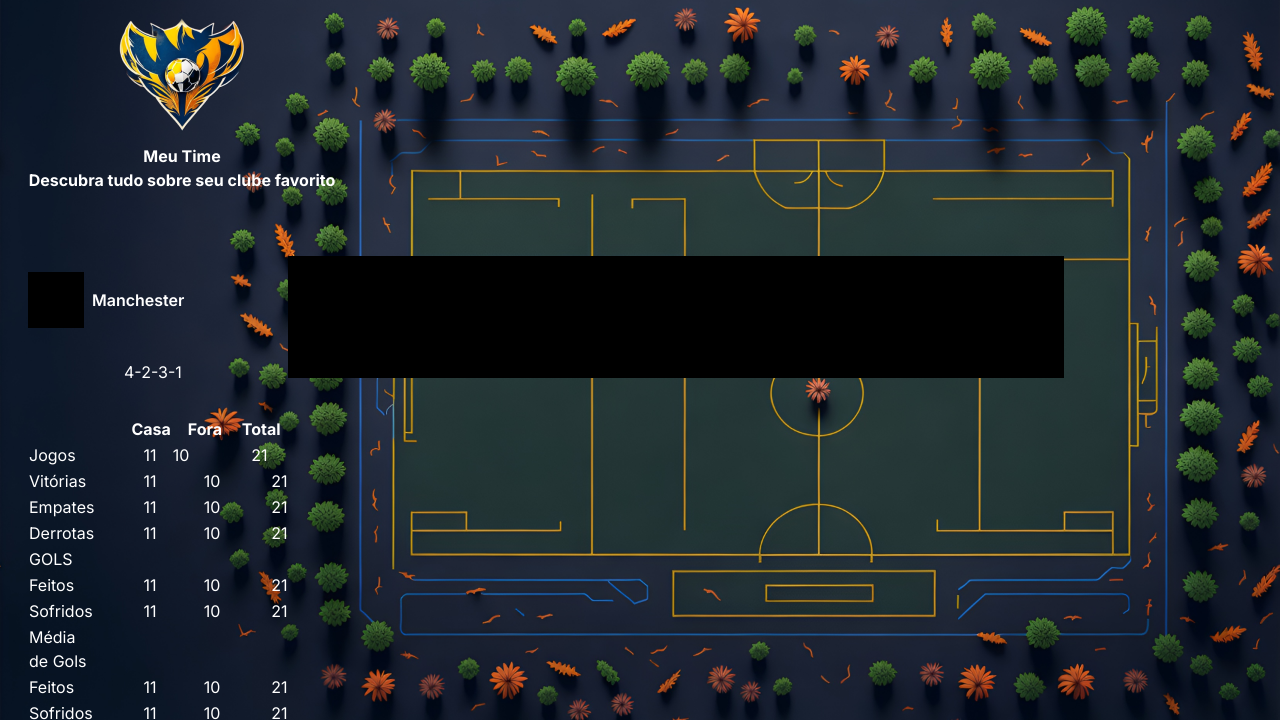
Repository: LuizAGDomingues/MeuTimeApp
Page: /statistics
These files come from the project's save history. The page is drawn as it stood at one moment and after the next save; the edit follows.
The browser window is 1280 px wide. The pictures show the whole page.
The project was rebuilt for these pictures with package versions that can differ from the ones it lists, and the page was loaded fresh each time. The framework's server and built-in components were replaced by stand-ins that run in the browser. Also part of the build but not shown: next.config.js.

Above is the page before, as saved 2023-05-26 14:21:07.

After the next save:
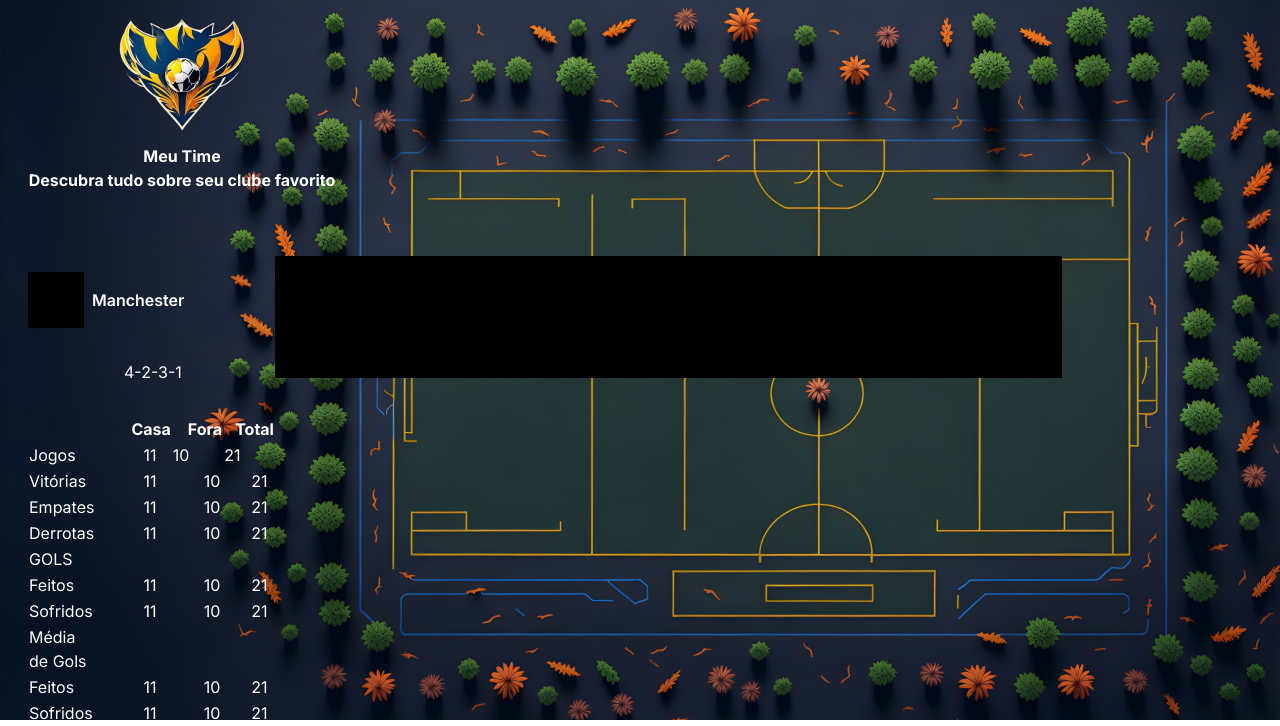
Saved 9 s later.
--- a/src/app/statistics/page.tsx
+++ b/src/app/statistics/page.tsx
@@ -74,25 +74,25 @@ function page() {
                 <td>Jogos</td>
                 <td className="pl-12">11</td>
                 <td className="pl8">10</td>
-                <td className="pl-7">21</td>
+                <td className="pl7">21</td>
               </tr>
               <tr>
                 <td>Vitórias</td>
                 <td className="pl-12">11</td>
                 <td className="pl-8">10</td>
-                <td className="pl-12">21</td>
+                <td className="pl-7">21</td>
               </tr>
               <tr>
                 <td>Empates</td>
                 <td className="pl-12">11</td>
                 <td className="pl-8">10</td>
-                <td className="pl-12">21</td>
+                <td className="pl-7">21</td>
               </tr>
               <tr>
                 <td>Derrotas</td>
                 <td className="pl-12">11</td>
                 <td className="pl-8">10</td>
-                <td className="pl-12">21</td>
+                <td className="pl-7">21</td>
               </tr>
 
               <tr>
@@ -102,13 +102,13 @@ function page() {
                 <td>Feitos</td>
                 <td className="pl-12">11</td>
                 <td className="pl-8">10</td>
-                <td className="pl-12">21</td>
+                <td className="pl-7">21</td>
               </tr>
               <tr>
                 <td>Sofridos</td>
                 <td className="pl-12">11</td>
                 <td className="pl-8">10</td>
-                <td className="pl-12">21</td>
+                <td className="pl-7">21</td>
               </tr>
 
               <tr>
@@ -118,13 +118,13 @@ function page() {
                 <td>Feitos</td>
                 <td className="pl-12">11</td>
                 <td className="pl-8">10</td>
-                <td className="pl-12">21</td>
+                <td className="pl-7">21</td>
               </tr>
               <tr>
                 <td>Sofridos</td>
                 <td className="pl-12">11</td>
                 <td className="pl-8">10</td>
-                <td className="pl-12">21</td>
+                <td className="pl-7">21</td>
               </tr>
             </tbody>
           </table>
